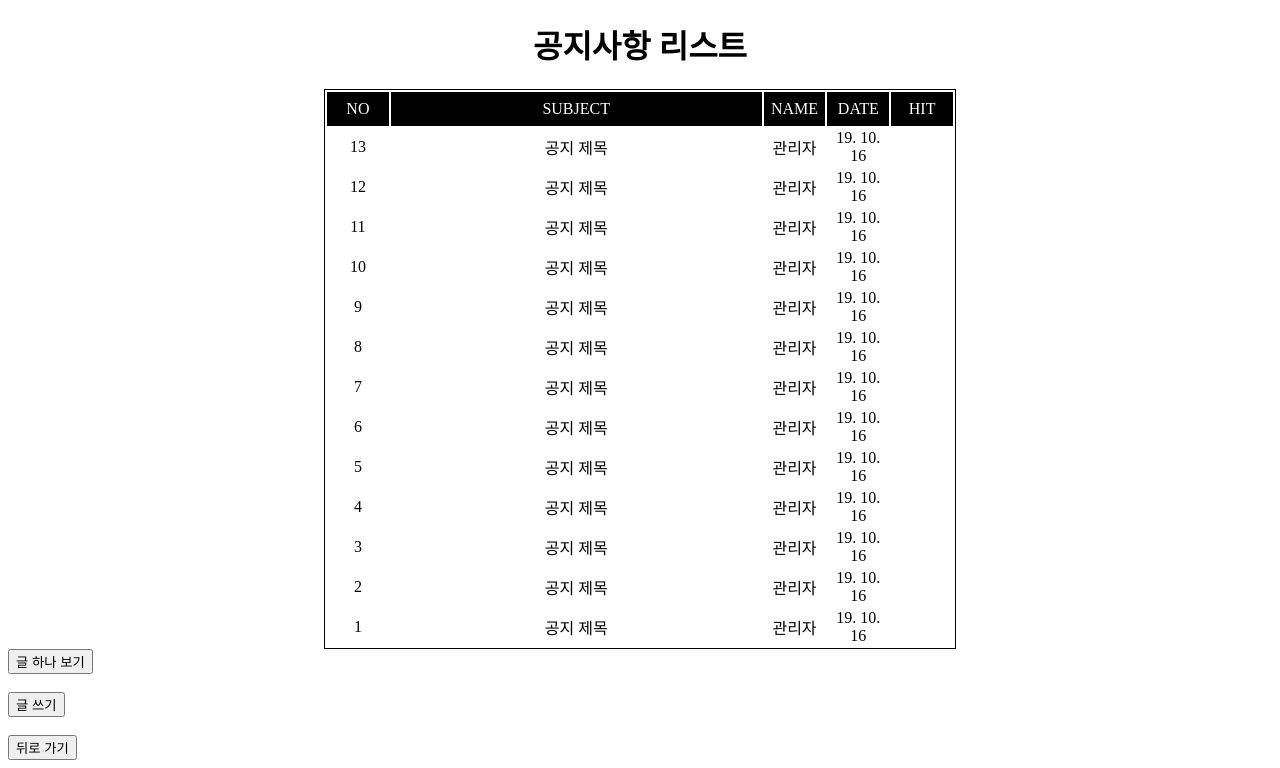
Repository: lbj0314/webTest
Page: Html_ex1/WebContent/notice/noticeList.html
The author's editor kept a copy of each file at every save. The page is drawn from the files as they stood at one save, then again after the next save.
The browser window is 1280 px wide. The pictures show the whole page.

Above is the page before, as saved 2019-10-16 07:22:24.

### Html_ex1/WebContent/notice/noticeList.html
<!DOCTYPE html>
<html>
<head>
<meta charset="UTF-8">
<title>Insert title here</title>
<style type="text/css">
#h1{
text-align: center;
}
.t1{
	margin: 0 auto;
	border: 1px solid black;
	width: 50%;
}
td{
	width: 10%;
	height : 2em;
	text-align: center;
}
.td1{
	color: white;
	text-align: center;
}
#sub{
	width: 60%;
}
</style>
</head>
<body>
<h1 id="h1">공지사항 리스트</h1>
<table class="t1">
	<tr style="background-color: black;">
		<td class="td1">NO</td>
		<td class="td1">SUBJECT</td>
		<td class="td1">NAME</td>
		<td class="td1">DATE</td>
		<td class="td1">HIT</td>
	</tr>
	<tr>
		<td>13</td>
		<td id="sub">공지 제목</td>
		<td>관리자</td>
		<td>19. 10. 16</td>
		<td></td>
	</tr>
	<tr>
		<td>12</td>
		<td>공지 제목</td>
		<td>관리자</td>
		<td>19. 10. 16</td>
		<td></td>
	</tr>
	<tr>
		<td>11</td>
		<td>공지 제목</td>
		<td>관리자</td>
		<td>19. 10. 16</td>
		<td></td>
	</tr>
	<tr>
		<td>10</td>
		<td>공지 제목</td>
		<td>관리자</td>
		<td>19. 10. 16</td>
		<td></td>
	</tr>
	<tr>
		<td>9</td>
		<td>공지 제목</td>
		<td>관리자</td>
		<td>19. 10. 16</td>
		<td></td>
	</tr>
	<tr>
		<td>8</td>
		<td>공지 제목</td>
		<td>관리자</td>
		<td>19. 10. 16</td>
		<td></td>
	</tr>
	<tr>
		<td>7</td>
		<td>공지 제목</td>
		<td>관리자</td>
		<td>19. 10. 16</td>
		<td></td>
	</tr>
	<tr>
		<td>6</td>
		<td>공지 제목</td>
		<td>관리자</td>
		<td>19. 10. 16</td>
		<td></td>
	</tr>
	<tr>
		<td>5</td>
		<td>공지 제목</td>
		<td>관리자</td>
		<td>19. 10. 16</td>
		<td></td>
	</tr>
	<tr>
		<td>4</td>
		<td>공지 제목</td>
		<td>관리자</td>
		<td>19. 10. 16</td>
		<td></td>
	</tr>
	<tr>
		<td>3</td>
		<td>공지 제목</td>
		<td>관리자</td>
		<td>19. 10. 16</td>
		<td></td>
	</tr>
	<tr>
		<td>2</td>
		<td>공지 제목</td>
		<td>관리자</td>
		<td>19. 10. 16</td>
		<td></td>
	</tr>
	<tr>
		<td>1</td>
		<td>공지 제목</td>
		<td>관리자</td>
		<td>19. 10. 16</td>
		<td></td>
	</tr>

</table>
	<table>
		<form action="./noticeListOne.html" method="get">
		<input type="submit" value="글 하나 보기" name="noticeListOne">
		</form><br><br>
		<form action="./noticeWrite.html" method="get">
		<input type="submit" value="글 쓰기" name="noticeListOne">
		</form><br><br>
		<form action="../index.html" method="get">
		<input type="submit" value="뒤로 가기" name="noticeListback">
		</form>
	</table>
</body>
</html>

After the next save:
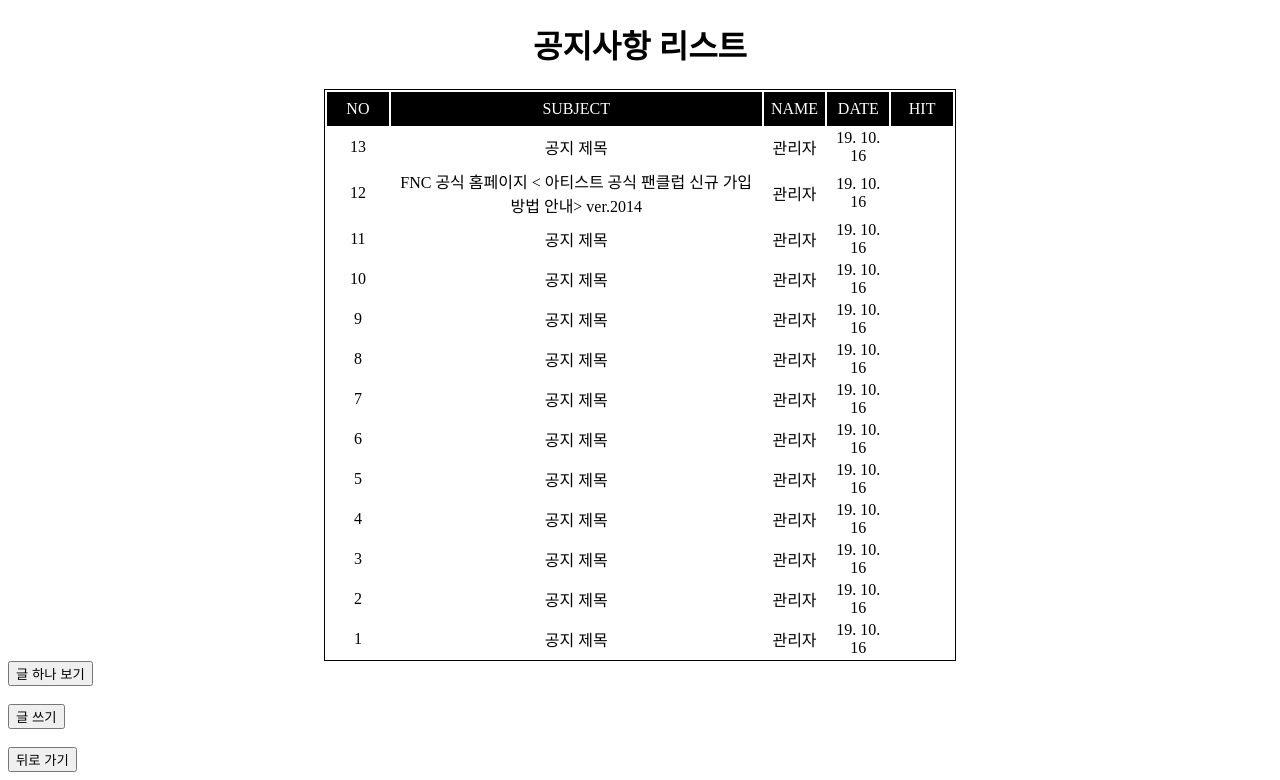
Saved 24 s later.
--- a/Html_ex1/WebContent/notice/noticeList.html
+++ b/Html_ex1/WebContent/notice/noticeList.html
@@ -45,7 +45,7 @@ td{
 	</tr>
 	<tr>
 		<td>12</td>
-		<td>공지 제목</td>
+		<td>	FNC 공식 홈페이지 < 아티스트 공식 팬클럽 신규 가입 방법 안내> ver.2014</td>
 		<td>관리자</td>
 		<td>19. 10. 16</td>
 		<td></td>
